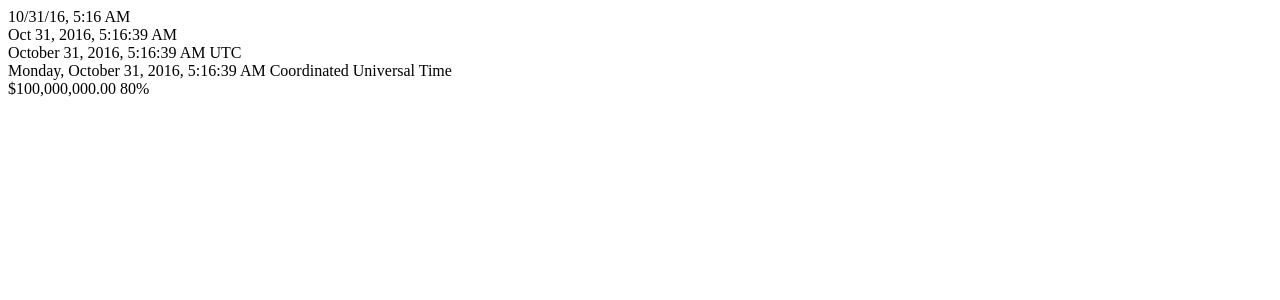
Repository: kimjaejoo/Tacademy
Page: http://localhost/MyServer/custom2.jsp
These files come from the project's save history. The page is drawn as it stood at one moment and after the next save; the edit follows.
The browser window is 1280 px wide. The pictures show the whole page.
The page is served by Tomcat 9. Nobody is signed in. The application's start-up code is not run. Other server files are loaded and not shown.

Above is the page before, as saved 2016-11-04 04:43:53.

### MyServer/WebContent/custom2.jsp
<%@page import="java.util.Date"%>
<%@ page language="java" contentType="text/html; charset=UTF-8"
	pageEncoding="UTF-8" errorPage="index.jsp"%>
<!--errorPage="index.jsp" 페이지에 에러가 발생하면 index.jsp 로 자동으로 이동한다.  -->
<%@ taglib prefix="c" uri="http://java.sun.com/jsp/jstl/core"%>
<%@ taglib prefix="fmt" uri="http://java.sun.com/jsp/jstl/fmt"%>

<!-- 시간포맷팅 -->
<c:set var="date" value="<%= new Date() %>"/>
<fmt:formatDate value="${date }" type="both" dateStyle="short" timeStyle="short"/> <br />
<fmt:formatDate value="${date }" type="both" dateStyle="medium" timeStyle="medium"/>	<br />
<fmt:formatDate value="${date }" type="both" dateStyle="long" timeStyle="long"/> <br />
<fmt:formatDate value="${date }" type="both" dateStyle="full" timeStyle="full"/> <br />

<!-- 숫자 -->
<fmt:formatNumber value="100000000" type="currency" currencySymbol="$" />
<fmt:formatNumber value="0.80" type="percent" />

<!-- 로케일 -->
<fmt:setLocale value="ko_kr"/>
<fmt:setLocale value="en_us"/>
<fmt:setLocale value="ja_jp"/>

After the next save:
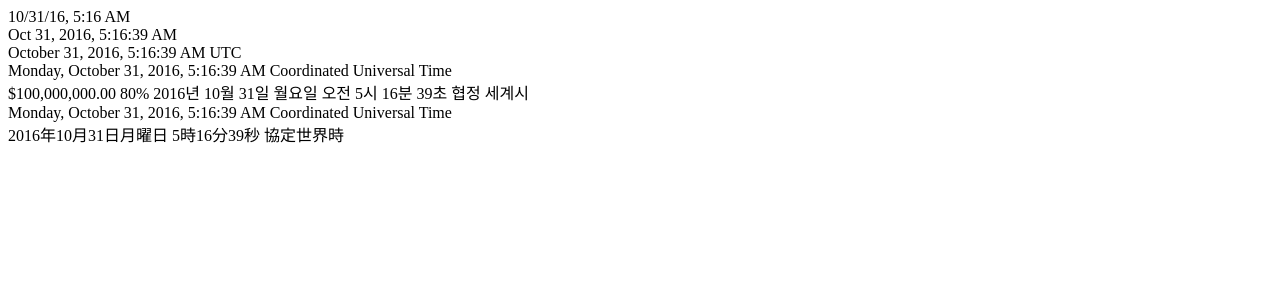
Saved 16 s later.
--- a/MyServer/WebContent/custom2.jsp
+++ b/MyServer/WebContent/custom2.jsp
@@ -18,5 +18,8 @@
 
 <!-- 로케일 -->
 <fmt:setLocale value="ko_kr"/>
+<fmt:formatDate value="${date }" type="both" dateStyle="full" timeStyle="full"/> <br />
 <fmt:setLocale value="en_us"/>
+<fmt:formatDate value="${date }" type="both" dateStyle="full" timeStyle="full"/> <br />
 <fmt:setLocale value="ja_jp"/>
+<fmt:formatDate value="${date }" type="both" dateStyle="full" timeStyle="full"/> <br />
